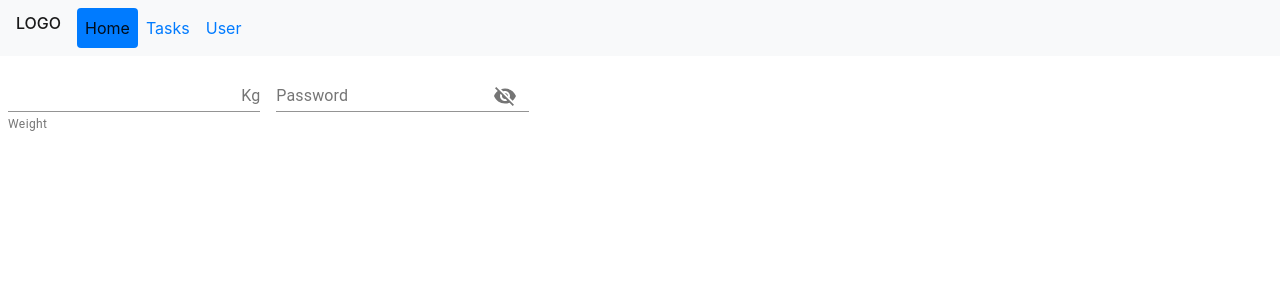
Repository: lalji-yadav/Nimapinfotech-demo-project
Page: /login
An editor plug-in stored every save of this project. The page is shown before and after the next save, followed by the edit.
The browser window is 1280 px wide. The pictures show the whole page.
The project was rebuilt for these pictures with package versions that can differ from the ones it lists, and the page was loaded fresh each time. Also part of the build but not shown: src/App.css, src/components/Home.js, src/components/Tasks.js, src/components/Users.js.

Above is the page before, as saved 2021-01-16 20:37:59.

After the next save:
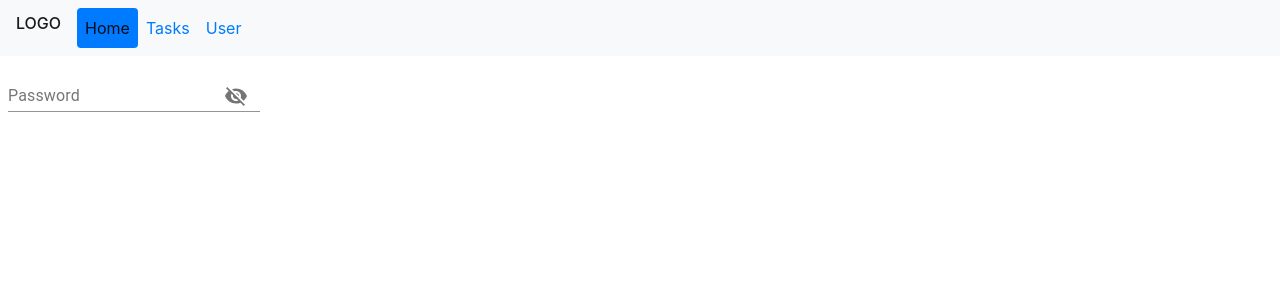
Saved 29 s later.
--- a/src/components/Login.js
+++ b/src/components/Login.js
@@ -110,7 +110,7 @@ export default function Login() {
             startAdornment: <InputAdornment position="start">Kg</InputAdornment>,
           }}
         /> */}
-        <FormControl className={clsx(classes.margin, classes.withoutLabel, classes.textField)}>
+        {/* <FormControl className={clsx(classes.margin, classes.withoutLabel, classes.textField)}>
           <Input
             id="standard-adornment-weight"
             value={values.weight}
@@ -122,7 +122,8 @@ export default function Login() {
             }}
           />
           <FormHelperText id="standard-weight-helper-text">Weight</FormHelperText>
-        </FormControl>
+        </FormControl> */}
+
         <FormControl className={clsx(classes.margin, classes.textField)}>
           <InputLabel htmlFor="standard-adornment-password">Password</InputLabel>
           <Input
